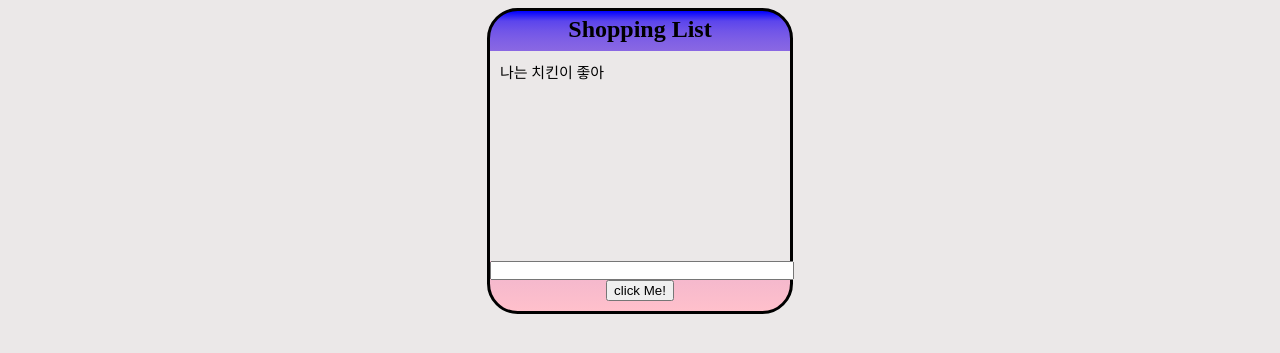
Repository: DevMinwoo-Jung/JavaScript101
Page: WebApIs/shoppingApp/index.html
An editor plug-in stored every save of this project. The page is shown before and after the next save, followed by the edit.
The browser window is 1280 px wide. The pictures show the whole page.

Above is the page before, as saved 2021-06-14 10:19:31.

### WebApIs/shoppingApp/index.html
<!DOCTYPE html>
<html lang="en">
<head>
  <meta charset="UTF-8">
  <meta http-equiv="X-UA-Compatible" content="IE=edge">
  <meta name="viewport" content="width=device-width, initial-scale=1.0">
  <title>Document</title>
</head>
<link rel="stylesheet" href="style.css" />
<body>
  <div class="list__div">
    <div class="list__div__top">
      <h2>Shopping List</h2>
    </div>
    <div class="item__list">
      <p>나는 치킨이 좋아</p>
    </div>
    <div class="input__box">
      <input type="text">
    </div>
    <div class="button__div">
      <button class="addItem">click Me!</button>
    </div>
  </div>
</body>
<script src="main.js" defer></script>
</html>

### WebApIs/shoppingApp/style.css
:root {
  --topAndBottom-height: 20px;
  --background-color: rgb(235, 232, 232);
}

body {
  background-color: var(--background-color);
}

.list__div {
  margin: auto;
  display: block;
  height: 300px;
  text-align: center;
  border: solid;
  position: relative;
  width: 300px;
  border-radius: 10%;
  background: linear-gradient(blue, 10%, pink);
}

.list__div__top {
  height: var(--topAndBottom-height);
}

.list__div__top h2 {
  margin: 5px;
}

.item__list {
  height: 210px;
  background-color: var(--background-color);
}

.item__list p {
  text-align: left;
  padding-left: 10px;
  padding-top: 10px;
  font-size: 15px;
}

.item__list__input {
  bottom: 10px;
}

.button__div {
  margin: auto;
  display: block;
  width: 300px;
  text-align: center;
  height: var(--topAndBottom-height);
}

.list__div input {
  width: 300px;
  padding: 0px 0px;
}

.input__box {
  margin: auto;
  display: block;
  width: 300px;
  text-align: center;
}

Loaded but not shown: WebApIs/shoppingApp/main.js (no copy from this time; the picture is the same without it)

After the next save:
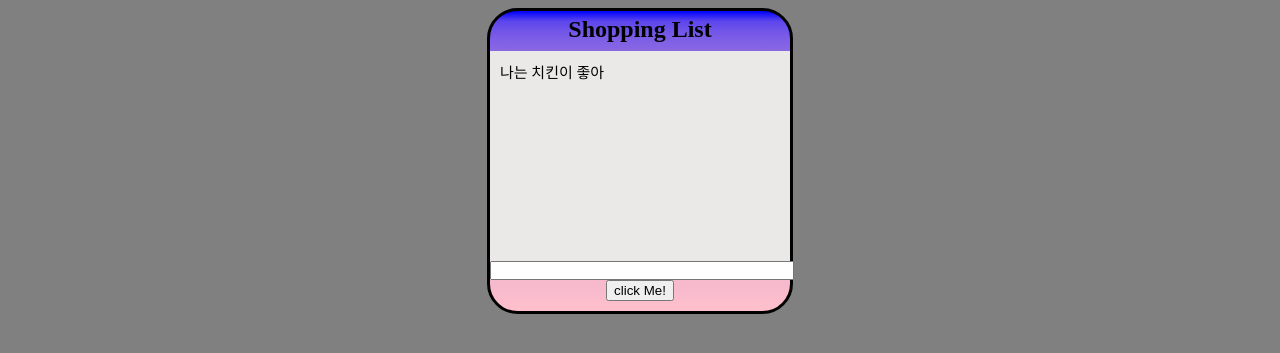
Saved 23 s later.
--- a/WebApIs/shoppingApp/style.css
+++ b/WebApIs/shoppingApp/style.css
@@ -4,7 +4,7 @@
 }
 
 body {
-  background-color: var(--background-color);
+  background-color: grey;
 }
 
 .list__div {
